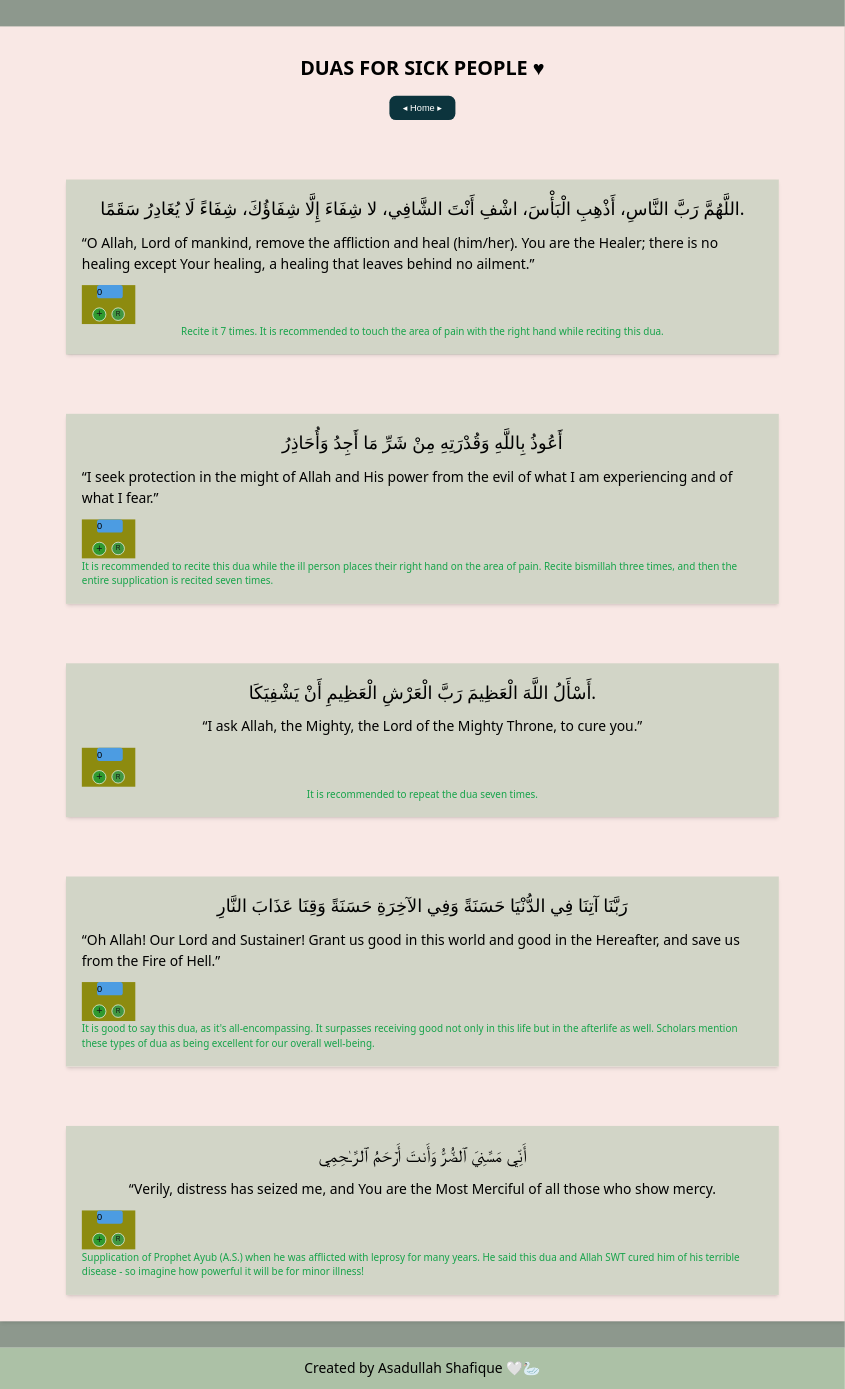
Repository: asadullah48/Duas_Diary
Page: /sick
The author's editor kept a copy of each file at every save. The page is drawn from the files as they stood at one save, then again after the next save.
The browser window is 1280 px wide. The pictures show the whole page, at 66% of full size.
The project was rebuilt for these pictures with package versions that can differ from the ones it lists, and the page was loaded fresh each time. The framework's server and built-in components were replaced by stand-ins that run in the browser. Also part of the build but not shown: next.config.ts.

Above is the page before, as saved 2024-11-30 10:22:14.

### src/app/layout.tsx
import type { Metadata } from "next";
import localFont from "next/font/local";
import "./globals.css";
import Footer from "../components/footer";

const geistSans = localFont({
  src: "./fonts/GeistVF.woff",
  variable: "--font-geist-sans",
  weight: "100 900",
});
const geistMono = localFont({
  src: "./fonts/GeistMonoVF.woff",
  variable: "--font-geist-mono",
  weight: "100 900",
});

export const metadata: Metadata = {
  title: "Create Next App",
  description: "Generated by create next app",
};

export default function RootLayout({
  children,
}: Readonly<{
  children: React.ReactNode;
}>) {
  return (
    <html lang="en">
      <body
        className={`${geistSans.variable} ${geistMono.variable} antialiased`}
      >
        {children}
        <Footer/>
      </body>
    </html>
  );
}

### src/app/sick/page.tsx
import Link from "next/link";
import LightPinkSection from "@/components/props";
import Button from "@/components/button";

export default function Sick() {
  return (
    <div className="w-full h-auto bg-[#8D988D] flex justify-center items-center py-10">
      <div className="w-[95%] lg:w-[1300px] h-auto bg-[#F9E8E5] p-5 lg:p-10 rounded-md shadow-md">
        <div className="font-sans font-bold text-[24px] lg:text-[30px] text-black text-center mb-5">
          DUAS FOR SICK PEOPLE ♥
        </div>
        <Link href="/">
          <button className="bg-[#0c343d] text-white text-[12px] lg:text-[14px] mt-3 mb-5 mx-auto block rounded-[10px] px-5 py-2">
            ◂ Home ▸
          </button>
        </Link>

        {/* Dua Sections */}
        <LightPinkSection
          paragraph="اللَّهُمَّ رَبَّ النَّاسِ، أَذْهِبِ الْبَأْسَ، اشْفِ أَنْتَ الشَّافِي، لا شِفَاءَ إِلَّا شِفَاؤُكَ، شِفَاءً لَا يُغَادِرُ سَقَمًا."
          paragraph2="“O Allah, Lord of mankind, remove the affliction and heal (him/her). You are the Healer; there is no healing except Your healing, a healing that leaves behind no ailment.”"
          buttonText={<Button />}
          note="Recite it 7 times. It is recommended to touch the area of pain with the right hand while reciting this dua."
        />
        <LightPinkSection
          paragraph="أَعُوذُ بِاللَّهِ وَقُدْرَتِهِ مِنْ شَرِّ مَا أَجِدُ وَأُحَاذِرُ"
          paragraph2="“I seek protection in the might of Allah and His power from the evil of what I am experiencing and of what I fear.”"
          buttonText={<Button />}
          note="It is recommended to recite this dua while the ill person places their right hand on the area of pain. Recite bismillah three times, and then the entire supplication is recited seven times."
        />
        <LightPinkSection
          paragraph="أَسْأَلُ اللَّهَ الْعَظِيمَ رَبَّ الْعَرْشِ الْعَظِيمِ أَنْ يَشْفِيَكَا."
          paragraph2="“I ask Allah, the Mighty, the Lord of the Mighty Throne, to cure you.”"
          buttonText={<Button />}
          note="It is recommended to repeat the dua seven times."
        />
        <LightPinkSection
          paragraph="رَبَّنَا آتِنَا فِي الدُّنْيَا حَسَنَةً وَفِي الآخِرَةِ حَسَنَةً وَقِنَا عَذَابَ النَّارِ"
          paragraph2="“Oh Allah! Our Lord and Sustainer! Grant us good in this world and good in the Hereafter, and save us from the Fire of Hell.”"
          buttonText={<Button />}
          note="It is good to say this dua, as it's all-encompassing. It surpasses receiving good not only in this life but in the afterlife as well. Scholars mention these types of dua as being excellent for our overall well-being."
        />
        <LightPinkSection
          paragraph="أَنِّي مَسَّنِيَ ٱلضُّرُّ وَأَنتَ أَرۡحَمُ ٱلرَّـٰحِمِي"
          paragraph2="“Verily, distress has seized me, and You are the Most Merciful of all those who show mercy."
          buttonText={<Button />}
          note="Supplication of Prophet Ayub (A.S.) when he was afflicted with leprosy for many years. He said this dua and Allah SWT cured him of his terrible disease - so imagine how powerful it will be for minor illness!"
        />
      </div>
    </div>
  );
}

### src/components/footer.tsx
// components/Footer.tsx
export default function Footer() {
    return (
      <footer className="w-full bg-[#acc1a6] py-4">
        <div className="text-center text-black font-sans text-[17px] sm:text-[19px] lg:text-[21px]">
          Created by Asadullah Shafique 🤍🦢
        </div>
      </footer>
    );
  }

### src/components/props.tsx
import { ReactNode } from "react";

type SectionProps = {
  paragraph: string;
  buttonText: ReactNode;
  paragraph2: string;
  note: string; // Allows JSX elements, strings, or components
};

export default function LightPinkSection({
  paragraph,
  buttonText,
  paragraph2,
  note,
}: SectionProps) {
  return (
    <div className="w-[90%] bg-[#2680412f] p-6 rounded-lg mx-auto shadow-md mt-[90px]">
      <p className="text-black text-[27px] font-sans mb-4 flex justify-center">
        {paragraph}
      </p>
      <p className="text-black text-[21px] font-sans mb-4 flex justify-center">
        {paragraph2}
      </p>
      <div>{buttonText}</div>
      <p className="text-green-600 text-[15px] font-sans flex justify-center">
        {note}
      </p>
    </div>
  );
}

### src/components/button.tsx
"use client";

import { useState } from "react";

export default function Button() {
  // hook, event ke against ui ko update krna
  let [count, setcount] = useState(0); //returns array ik element hota hai jese yaha pr 0 hai  ik function aur jo function hota hai woh humari value hoti h
  console.log(count);

  const handleClick = () => {
    setcount(count + 1); //re-renders new value
  };

  const handleReset = () => {
    setcount(0); // reset back to 0
  };

  return (
    <div className="bg-[#8d8b0f] w-[81px] h-[59px] flex flex-col items-center justify-between">
      <p className="text-black w-[39px] flex text-sm bg-[#4c9ce2] rounded ml-1">
        {count}
      </p>

      <div className="flex space-x-2 mt-2">
        <button
          onClick={handleClick}
          className="bg-[#2f992f] w-[21px] h-[21px] px-1 py-1 rounded-full border mt-1 mb-1 border-white flex items-center justify-center text-center"
        >
          +
        </button>

        {/* Reset Button */}
        <button
          onClick={handleReset}
          className="bg-[#419641] w-[20px] h-[20px] px-1 py-1 rounded-full border mt-1 mb-1 border-white flex items-center justify-center text-[10px] text-center"
        >
          R
        </button>
      </div>
    </div>
  );
}

Loaded but not shown: src/app/globals.css (common file); tailwind.config.ts (common file)

After the next save:
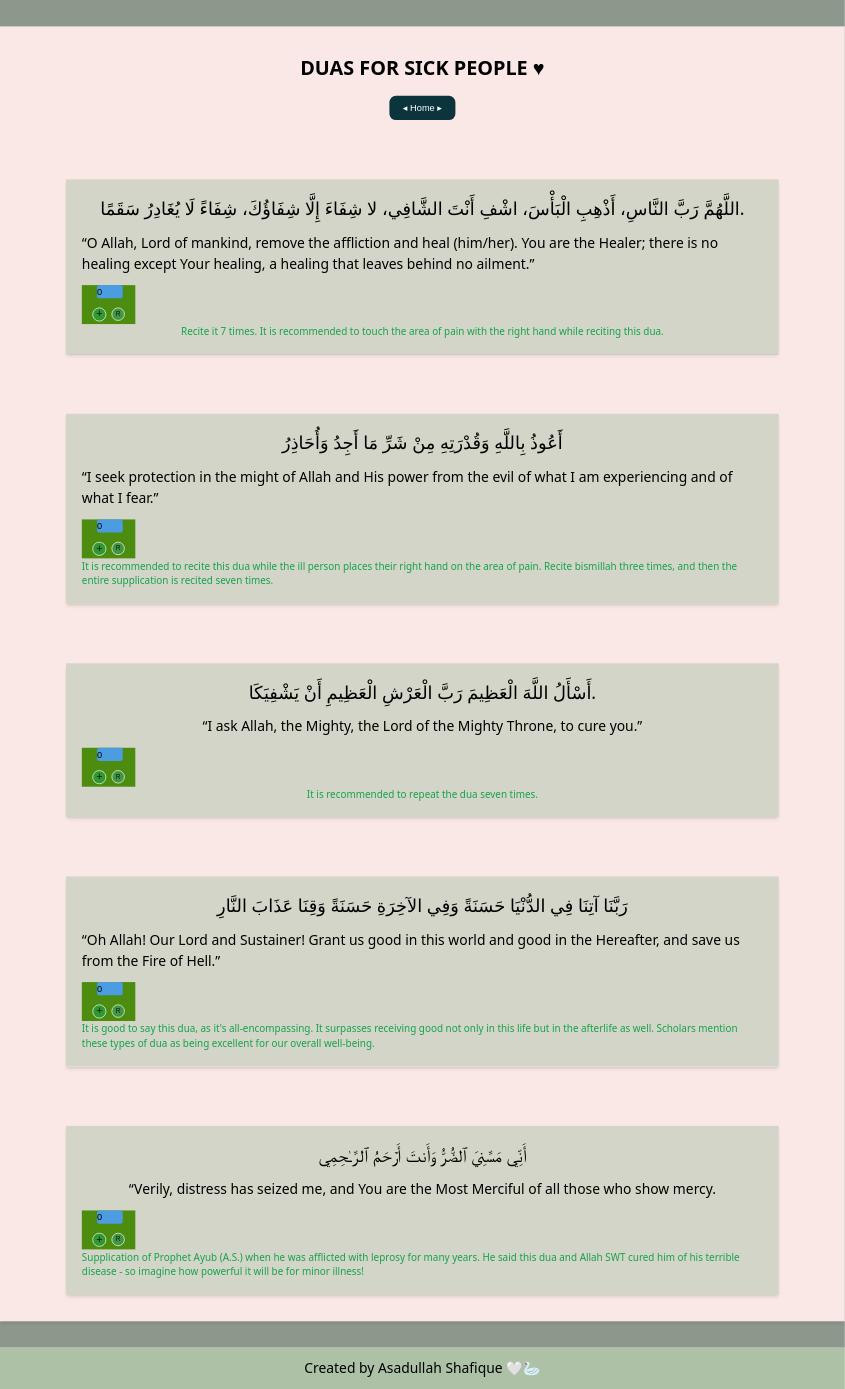
Saved 5 s later.
--- a/src/components/button.tsx
+++ b/src/components/button.tsx
@@ -16,7 +16,7 @@ export default function Button() {
   };
 
   return (
-    <div className="bg-[#8d8b0f] w-[81px] h-[59px] flex flex-col items-center justify-between">
+    <div className="bg-[#4c8d0f] w-[81px] h-[59px] flex flex-col items-center justify-between">
       <p className="text-black w-[39px] flex text-sm bg-[#4c9ce2] rounded ml-1">
         {count}
       </p>
